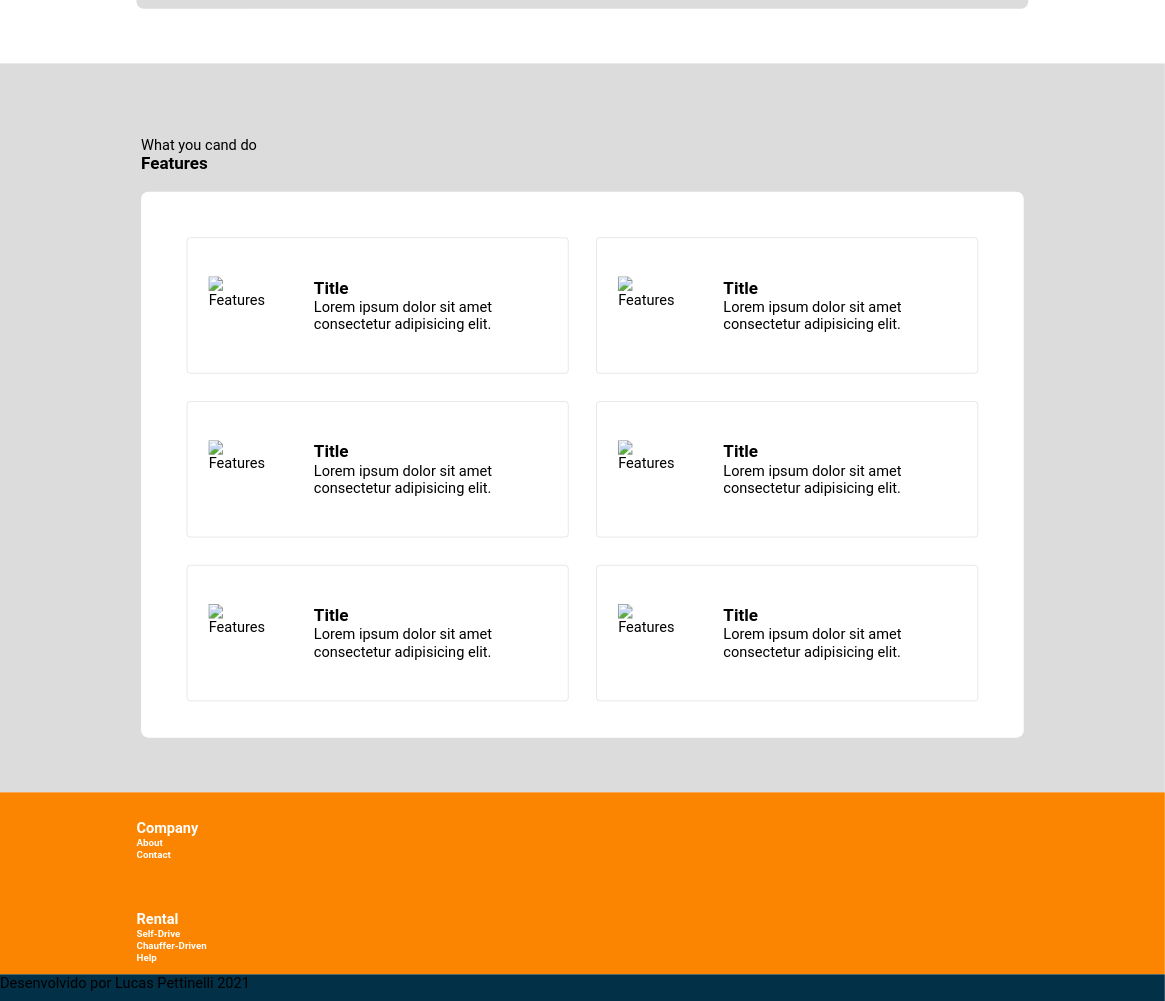
Repository: pettinelli1202/ElectriCar
Page: index.html
An editor plug-in stored every save of this project. The page is shown before and after a run of saves, followed by the edit.
The browser window is 1280 px wide. The pictures show the part of the page from y = 2892 to 3992 px (the page is 4013 px tall), at 91% of full size.
A picture or video elsewhere on the page could not be fetched, so the positions and the page height are approximate. An inner scrolling area shows only its first screen. Some web fonts or font styles are not loaded; a fallback is used.

Above is the page before, as saved 2023-03-27 23:59:12.

### index.html
<!DOCTYPE html>
<html lang="en">

<head>
    <meta charset="UTF-8">
    <meta http-equiv="X-UA-Compatible" content="IE=edge">
    <meta name="viewport" content="width=device-width, initial-scale=1.0">
    <title>Document</title>

    <link rel="stylesheet" href="./css/style.css">
</head>

<body>
    <header>
        <div class="content">
            <nav>
                <p class="brand">dev <strong> superior</strong></p>
                <ul>
                    <li>
                        <a href="">Catalog</a>
                    </li>
                    <li>
                        <a href="">About</a>
                    </li>
                    <li>
                        <a href="">Features</a>
                    </li>
                    <button>Login</button>
                </ul>
            </nav>

            <div class="header-block">
                <div class="text">
                    <h2>The perfect car for you!</h2>
                    <p>Lorem ipsum dolor sit, amet consectetur adipisicing elit. Eaque, quaerat.</p>
                </div>
                <img src="/images/cheryIcar.png" alt="">
            </div>
        </div>
    </header>
    <section class="catalog" id="catalog">
        <div class="content">
            <div class="title-wrapper-catalog">
                <p>Find what you want</p>
                <h3>Catalog</h3>
            </div>
            <div class="filter-card">
                <input type="text" class="search-input" placeholder="Choose your favorite model" />
                <button class="search-button">Search</button>
            </div>
            <div class="card-wrapper">
                <div class="card-item">
                    <img src="images/car-card.png" alt="Car" />
                    <div class="card-content">
                        <h3>Audi Supra TT</h3>
                        <p>
                            Lorem ipsum dolor sit amet consectetur adipisicing elit. Repellendus.
                        </p>
                        <button type="button">I want this!</button>
                    </div>
                </div>
                <div class="card-item">
                    <img src="images/car-card.png" alt="Car" />
                    <div class="card-content">
                        <h3>Audi Supra TT</h3>
                        <p>
                            Lorem ipsum dolor sit amet consectetur adipisicing elit. Repellendus.
                        </p>
                        <button type="button">I want this!</button>
                    </div>
                </div>
                <div class="card-item">
                    <img src="images/car-card.png" alt="Car" />
                    <div class="card-content">
                        <h3>Audi Supra TT</h3>
                        <p>
                            Lorem ipsum dolor sit amet consectetur adipisicing elit. Repellendus.
                        </p>
                        <button type="button">I want this!</button>
                    </div>
                </div>
                <div class="card-item">
                    <img src="images/car-card.png" alt="Car" />
                    <div class="card-content">
                        <h3>Audi Supra TT</h3>
                        <p>
                            Lorem ipsum dolor sit amet consectetur adipisicing elit. Repellendus.
                        </p>
                        <button type="button">I want this!</button>
                    </div>
                </div>
                <div class="card-item">
                    <img src="images/car-card.png" alt="Car" />
                    <div class="card-content">
                        <h3>Audi Supra TT</h3>
                        <p>
                            Lorem ipsum dolor sit amet consectetur adipisicing elit. Repellendus.
                        </p>
                        <button type="button">I want this!</button>
                    </div>
                </div>
                <div class="card-item">
                    <img src="images/car-card.png" alt="Car" />
                    <div class="card-content">
                        <h3>Audi Supra TT</h3>
                        <p>
                            Lorem ipsum dolor sit amet consectetur adipisicing elit. Repellendus.
                        </p>
                        <button type="button">I want this!</button>
                    </div>
                </div>
                <div class="card-item">
                    <img src="/images/kiwd-e-tech.png" alt="Car" />
                    <div class="card-content">
                        <h3>Audi Supra TT</h3>
                        <p>
                            Lorem ipsum dolor sit amet consectetur adipisicing elit. Repellendus.
                        </p>
                        <button type="button">I want this!</button>
                    </div>
                </div>
                <div class="card-item">
                    <img src="/images/JacEjs1.png" alt="Car" />
                    <div class="card-content">
                        <h3>Audi Supra TT</h3>
                        <p>
                            Lorem ipsum dolor sit amet consectetur adipisicing elit. Repellendus.
                        </p>
                        <button type="button">I want this!</button>
                    </div>
                </div>
                <div class="card-item">
                    <img src="/images/cheryIcar.png" alt="Car" />
                    <div class="card-content">
                        <h3>Audi Supra TT</h3>
                        <p>
                            Lorem ipsum dolor sit amet consectetur adipisicing elit. Repellendus.
                        </p>
                        <button type="button">I want this!</button>
                    </div>
                </div>
            </div>
        </div>
    </section>

    <section class="about" id="about">
        <div class="content">
            <div class="title-wrapper-about">
                <p>Know about us</p>
                <h3>About</h3>
            </div>
            <div class="about-content">
                <div class="left">
                    <img src="/images/Design sem nome.png" alt="About">
                </div>
                <div class="right">
                    <h3>Join technology and mobility</h3>
                    <p>Lorem ipsum dolor sit amet consectetur, adipisicing elit. Soluta quibusdam unde eos fugiat debitis aspernatur dolorem eligendi a doloremque cum optio, perferendis molestiae nobis inventore quos ut dicta dolores incidunt praesentium?
                        Minus ullam doloribus quod dignissimos beatae fugiat praesentium dolorum, libero adipisci dolor mollitia vel eos ducimus officiis, molestiae deserunt maxime cumque? Tempore, quaerat, pariatur nisi totam iusto quibusdam ipsa doloribus
                        adipisci, inventore illum porro maiores dignissimos! Facere animi rerum accusantium at aliquam commodi doloribus tempore iste architecto est a debitis dignissimos dolorem dolore, excepturi magni amet minima itaque obcaecati cum
                        facilis. Recusandae amet nulla voluptatum aliquid, laborum nobis doloribus?</p>
                </div>
            </div>
        </div>
    </section>

    <section class="features" id="features">
        <div class="content">
            <div class="title-wrapper-features">
                <p>What you cand do</p>
                <h3>Features</h3>
            </div>

            <div class="features-card-block">
                <div class="feature-card-item">
                    <img src="" alt="Features">
                    <div class="feature-text-content">
                        <h3>Title</h3>
                        <p>Lorem ipsum dolor sit amet consectetur adipisicing elit.</p>
                    </div>
                </div>

                <div class="feature-card-item">
                    <img src="" alt="Features">
                    <div class="feature-text-content">
                        <h3>Title</h3>
                        <p>Lorem ipsum dolor sit amet consectetur adipisicing elit.</p>
                    </div>
                </div>

                <div class="feature-card-item">
                    <img src="" alt="Features">
                    <div class="feature-text-content">
                        <h3>Title</h3>
                        <p>Lorem ipsum dolor sit amet consectetur adipisicing elit.</p>
                    </div>
                </div>

                <div class="feature-card-item">
                    <img src="" alt="Features">
                    <div class="feature-text-content">
                        <h3>Title</h3>
                        <p>Lorem ipsum dolor sit amet consectetur adipisicing elit.</p>
                    </div>
                </div>

                <div class="feature-card-item">
                    <img src="" alt="Features">
                    <div class="feature-text-content">
                        <h3>Title</h3>
                        <p>Lorem ipsum dolor sit amet consectetur adipisicing elit.</p>
                    </div>
                </div>

                <div class="feature-card-item">
                    <img src="" alt="Features">
                    <div class="feature-text-content">
                        <h3>Title</h3>
                        <p>Lorem ipsum dolor sit amet consectetur adipisicing elit.</p>
                    </div>
                </div>
            </div>
        </div>
    </section>

    <footer>
        <div class="main">
            <div class="content footer-link">
                <div class="footer-company">
                    <h4>Company</h4>
                    <h6>About</h6>
                    <h6>Contact</h6>
                </div>
                <div class="footer-rental">
                    <h4>Rental</h4>
                    <h6>Self-Drive</h6>
                    <h6>Chauffer-Driven</h6>
                    <h6>Help</h6>
                </div>

                <div class="footer-social">
                    <h4>Stay connected</h4>
                    <div class="social-icons">
                        <img src="/images/logotipo-do-instagram.png" alt="Instagram">
                        <img src="/images/facebook.png" alt="Facebook">
                    </div>
                </div>
                <div class="footer-contact">
                    <h4>Contact Us</h4>
                    <h6>+55 (51) 98888-8888</h6>
                    <h6>email-to@gmail.com</h6>
                    <h6>Nome da rua, 000, Porto Alegre, Rio Grande do Sul, Brasil</h6>
                </div>
            </div>
        </div>
        <div class="last">
            Desenvolvido por Lucas Pettinelli 2021
        </div>
    </footer>
</body>

</html>

### css/style.css
@import url('https://fonts.googleapis.com/css2?family=MedievalSharp&display=swap');
* {
    padding: 0px;
    margin: 0px;
    box-sizing: border-box;
    outline: none;
    font-family: "Roboto", Arial, Helvetica, sans-serif;
}

html,
body {
    width: 100%;
    overflow-x: hidden;
}

header {
    width: 100%;
    height: 500px;
    background-color: #fb8500;
}

.content {
    max-width: 1000px;
    min-width: 300px;
    margin: 0 auto;
    display: flex;
    flex-direction: column;
    padding: 10px;
}

nav {
    width: 100%;
    height: 125px;
    display: flex;
    flex-direction: row;
    align-items: center;
    justify-content: space-between;
}

.brand {
    font-size: 24px;
    color: #023047;
    cursor: pointer;
}

nav ul {
    display: flex;
    flex-direction: row;
}

nav ul li {
    list-style: none;
    padding: 10px;
    cursor: pointer;
}

nav ul li a {
    color: #023047;
    text-decoration: none;
}

nav ul li a:hover {
    color: white;
    background-color: #023047;
    padding: 5px;
    border-radius: 10px 0 10px 0;
    transition: 0.6s;
}

nav ul button {
    padding: 8px 40px;
    background-color: transparent;
    border: 1px solid #023047;
    cursor: pointer;
    margin-left: 30px;
    color: #023047;
    font-weight: bold;
    border-radius: 4px;
}

nav ul button:hover {
    transition: 0.6s;
    background: #023047;
    color: white;
}

.content .header-block {
    max-width: 1000px;
    min-width: 300px;
    height: 450px;
    background: #023047;
    border-radius: 8px;
    box-shadow: 1px 0px 10px 0px rgba(0, 0, 0, 0.5);
    -webkit-box-shadow: 1px 0px 10px 0px rgba(0, 0, 0, 0.5);
    -moz-box-shadow: 1px 0px 10px 0px rgba(0, 0, 0, 0.5);
    position: relative;
    z-index: 10;
    padding: 10px;
}

.header-block img {
    width: 50%;
    position: absolute;
    left: 55%;
    bottom: 5%;
}

.header-block .text {
    position: absolute;
    bottom: 30%;
    left: 15%;
}

.header-block .text h2 {
    color: white;
    margin-bottom: 20px;
    text-align: right;
    transform: translateX(-20px);
    transition: transform 0.5s;
}

.header-block .text p {
    max-width: 280px;
    color: white;
    text-align: right;
    transform: translateX(-20px);
    transition: transform 0.4s;
}


/*PRODUCT CATALOG*/

section .catalog {
    width: 100vw;
    padding: 100px;
}

section .filter-card {
    width: 980px;
    height: 150px;
    background: gainsboro;
    border-radius: 8px;
    margin: 0 auto;
    display: flex;
    flex-direction: row;
    align-items: center;
    justify-content: center;
}

.search-input {
    width: 700px;
    height: 50px;
    border: none;
    border-radius: 4px 0px 0px 4px;
    text-indent: 10px;
}

.search-button {
    width: 150px;
    height: 50px;
    border-radius: 0px 4px 4px 0px;
    border: none;
    background: #023047;
    color: white;
    cursor: pointer;
    font-size: 1.1em;
    transition: 0.3s ease;
}

.search-button:hover {
    background: grey;
    color: #023047;
}

.title-wrapper-catalog {
    margin-top: 160px;
    padding-bottom: 20px;
}

section .card-wrapper {
    max-width: 1000px;
    height: 100%;
    display: grid;
    grid-template-columns: repeat(auto-fill, minmax(270px, 1fr));
    grid-gap: 30px;
    padding-top: 50px;
}

section .card-item {
    height: 400px;
    background: gainsboro;
    border-radius: 8px;
    display: flex;
    flex-direction: column;
    align-items: center;
    justify-content: space-around;
}

.card-content {
    height: 40%;
    display: flex;
    flex-direction: column;
    align-items: center;
    justify-content: space-around;
}

.card-item img {
    width: 85%;
}

.card-item h3 {
    width: 90%;
    color: red;
}

.card-item p {
    width: 90%;
    font-style: italic;
    color: violet;
}

.card-item button {
    width: 90%;
    padding: 15px 0px;
    border: none;
    background: #023047;
    border-radius: 4px;
    color: white;
    font-weight: bold;
    font-size: 1.1em;
    cursor: pointer;
    transition: 0.3 ease;
    margin-bottom: 10px;
}

.card-item button:hover {
    background: grey;
    color: #023047;
}


/*ABOUT*/

.about {
    width: 100%;
    height: 100%;
    display: flex;
    align-items: center;
    justify-content: center;
    padding: 50px 10px;
}

.about-content {
    max-width: 1000px;
    min-width: 300px;
    height: 600px;
    background: gainsboro;
    margin: 0 auto;
    border-radius: 8px;
    z-index: 10;
    padding: 10px;
    display: flex;
    flex-direction: row;
    align-items: center;
    justify-content: space-between;
}

.left {
    width: 25%;
    min-width: 300px;
    height: 100%;
    background: rgba(0, 0, 0, 0.904);
    border-radius: 8px;
}

.left img {
    width: 100%;
    height: 100%;
}

.right {
    width: 65%;
    height: 100%;
    display: flex;
    flex-direction: column;
    align-items: flex-start;
    justify-content: flex-start;
    padding-top: 10%;
}

.right h3 {
    text-align: right;
    width: 90%;
    margin-bottom: 20px;
}

.right p {
    max-width: 90%;
    font-size: 1em;
    letter-spacing: 2px;
    text-align: right;
    color: rgba(0, 0, 0, 0.4);
}


/*FEATURES*/

.features {
    width: 100%;
    height: 100%;
    background: gainsboro;
    display: flex;
    align-items: center;
    justify-content: center;
    padding: 50px 0px;
}

.title-wrapper-features {
    padding: 20px 0px;
}

.features-card-block {
    max-width: 1000px;
    min-width: 300px;
    height: 600px;
    background: white;
    margin: 0 auto;
    border-radius: 8px;
    z-index: 10;
    padding: 50px;
    display: grid;
    grid-template-columns: repeat(auto-fill, minmax(420px, 1fr));
    grid-gap: 30px;
}

.feature-card-item {
    max-width: 420px;
    height: 150px;
    display: flex;
    flex-direction: row;
    align-items: center;
    justify-content: space-around;
    border: 1px solid rgba(128, 128, 128, 0.2);
    border-radius: 4px;
}

.feature-text-content {
    max-width: 60%;
    margin: 5px;
}

.feature-card-item img {
    width: 64px;
    height: 64px;
}


/*FOOTER*/

footer {
    width: 100%;
    height: 250px;
}

footer .main {
    width: 100%;
    height: 200px;
    background: #fb8500;
    padding: 20px 10px;
}

.footer-links {
    max-width: 1000px;
    min-width: 300px;
    display: flex;
    flex-direction: row;
    justify-content: space-between;
    margin-top: 20px;
}

.footer-company,
.footer-rental,
.footer-contact,
.footer-social {
    color: white;
    height: 50%;
    min-height: 100px;
}

.footer-links h4 {
    margin-bottom: 10px;
}

.footer-links {
    margin-bottom: 8px;
}

footer .last {
    width: 100%;
    height: 50px;
    background: #023047;
    color: w
}

After the next 2 saves:
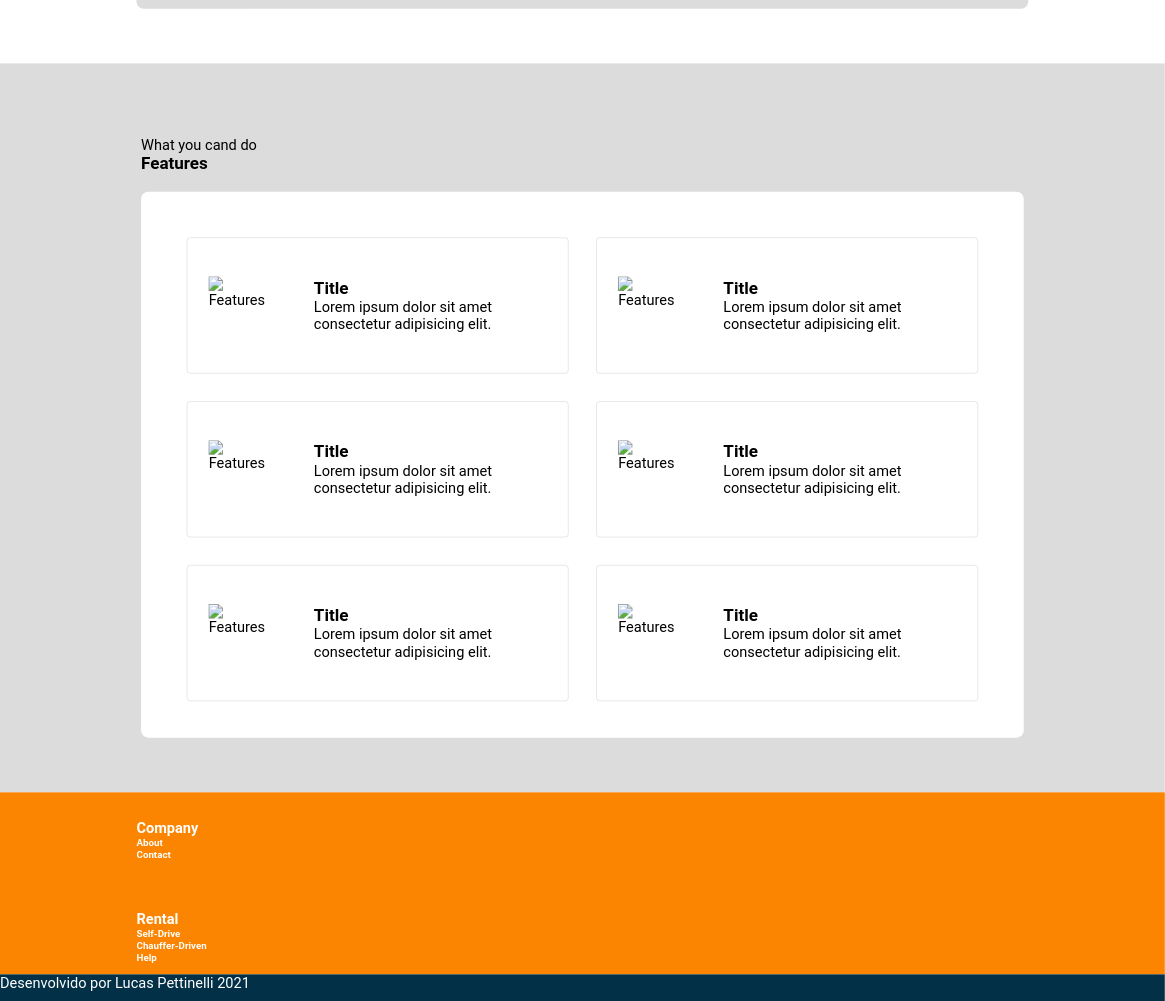
The 2 saves are shown as one change because they came seconds apart.
The last was saved 6 s later.
--- a/css/style.css
+++ b/css/style.css
@@ -399,5 +399,5 @@ footer .last {
     width: 100%;
     height: 50px;
     background: #023047;
-    color: w
-}
+    color: white;
+}
